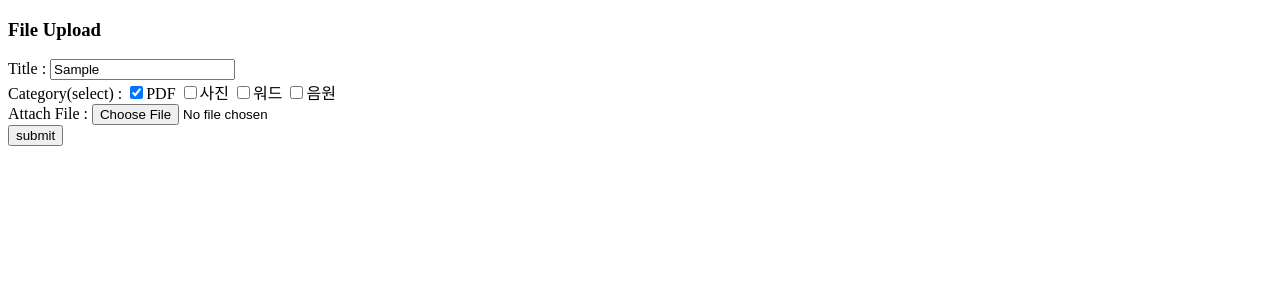
Repository: Jadedvst/Java_JSP-Servlet
Page: http://localhost/MustHaveJSP/13FileUpload/FileUploadMain.jsp
The author's editor kept a copy of each file at every save. The page is drawn from the files as they stood at one save, then again after the next save.
The browser window is 1280 px wide. The pictures show the whole page.
Empty fields were first filled with sample values (such as "Sample", 5 or name@example.com).
After loading, the first visible `form` was submitted once.
The page is served by Tomcat 10.

Above is the page before, as saved 2023-12-20 07:18:50.

After the next save:
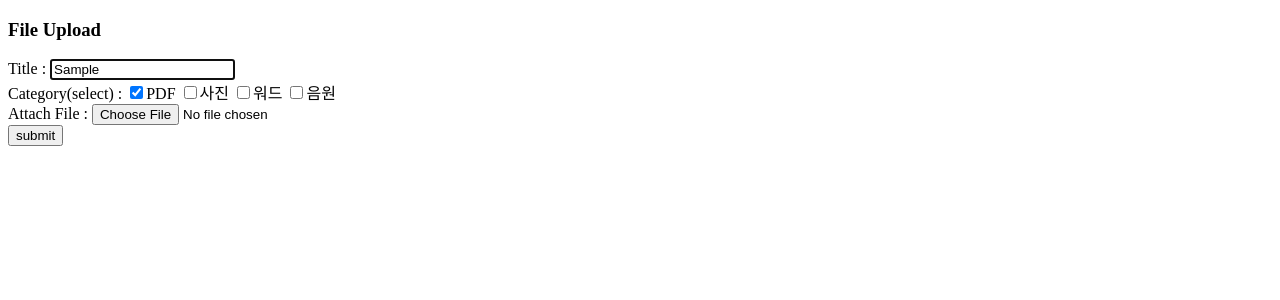
Saved 17 min 31 s later.
--- a/MustHaveJSP/src/main/webapp/13FileUpload/FileUploadMain.jsp
+++ b/MustHaveJSP/src/main/webapp/13FileUpload/FileUploadMain.jsp
@@ -10,6 +10,11 @@
 function validateForm(form){
 	if(form.title.value==""){
 		alert("제목을 입력하세요.");
+		form.title.focus();
+		return false
+	}
+	if(form.cate.value==""){
+		alert("카테고리를 입력하세요.");
 		form.title.focus();
 		return false
 	}

After the save that followed:
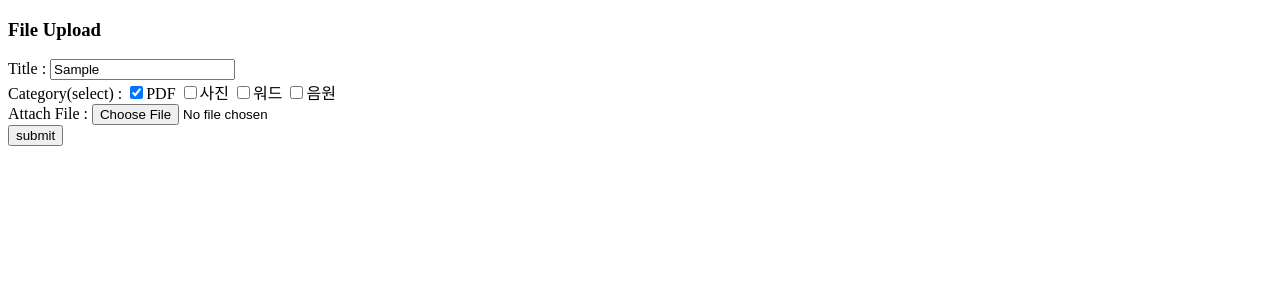
Saved 53 s later.
--- a/MustHaveJSP/src/main/webapp/13FileUpload/FileUploadMain.jsp
+++ b/MustHaveJSP/src/main/webapp/13FileUpload/FileUploadMain.jsp
@@ -13,11 +13,11 @@ function validateForm(form){
 		form.title.focus();
 		return false
 	}
-	if(form.cate.value==""){
+	/* if(form.cate.value==""){
 		alert("카테고리를 입력하세요.");
 		form.title.focus();
 		return false
-	}
+	} */
 	if(form.ofile.value==""){
 		alert("첨부 파일은 필수 입력입니다.");
 		return false
